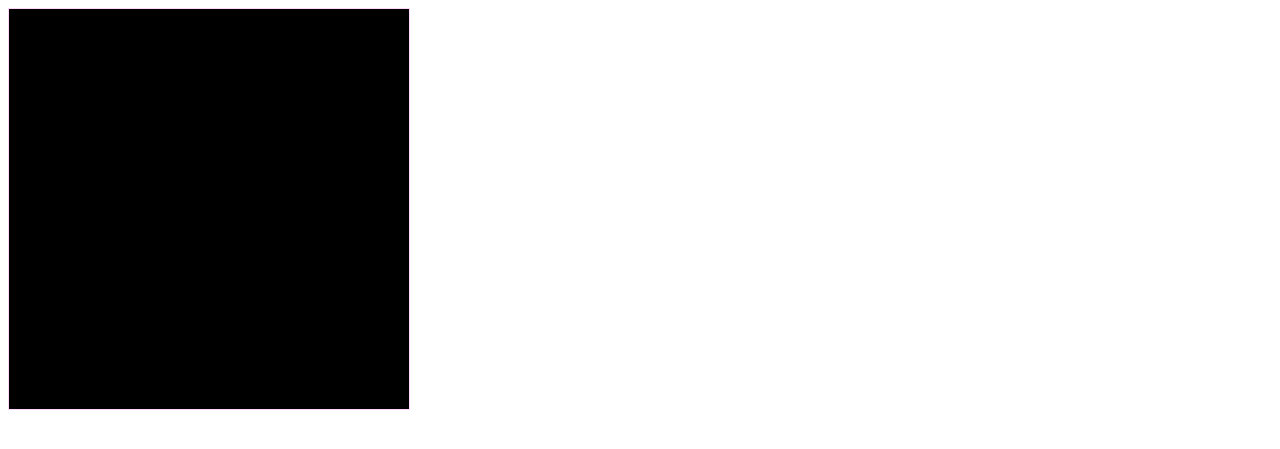
Repository: HyunraDate/ZhongpingShen
Page: Chocolate.html
These files come from the project's save history. The page is drawn as it stood at one moment and after the next save; the edit follows.
The browser window is 1280 px wide. The pictures show the whole page.

Above is the page before, as saved 2024-02-14 14:47:12.

### Chocolate.html
 <!DOCTYPE html>
 <html lang="en">
 <head>
    <meta charset="UTF-8">
    <meta name="viewport" content="width=device-width, initial-scale=1.0">
    <title>Valentines Day</title>
    <style>
      #webgl {
         border: 1px solid #ffd4fb;
      }
    </style>
 </head>

 <body>
    <canvas id="webgl" width="400" height="400">
      情人节快乐！
    </canvas>
    <script src="app.js"></script>
 </body>
 </html>

### app.js
let canvas = document.getElementById('webgl')
let gl = canvas.getContext('webgl')

gl.clearColor(0.0, 0.0, 0.0, 1.0) //RBG + Ahpha透明通道，0.0不完全透明
gl.clear(gl.COLOR_BUFFER_BIT) //大写：常量 like Math.PI //this is 清空颜色

After the next save:
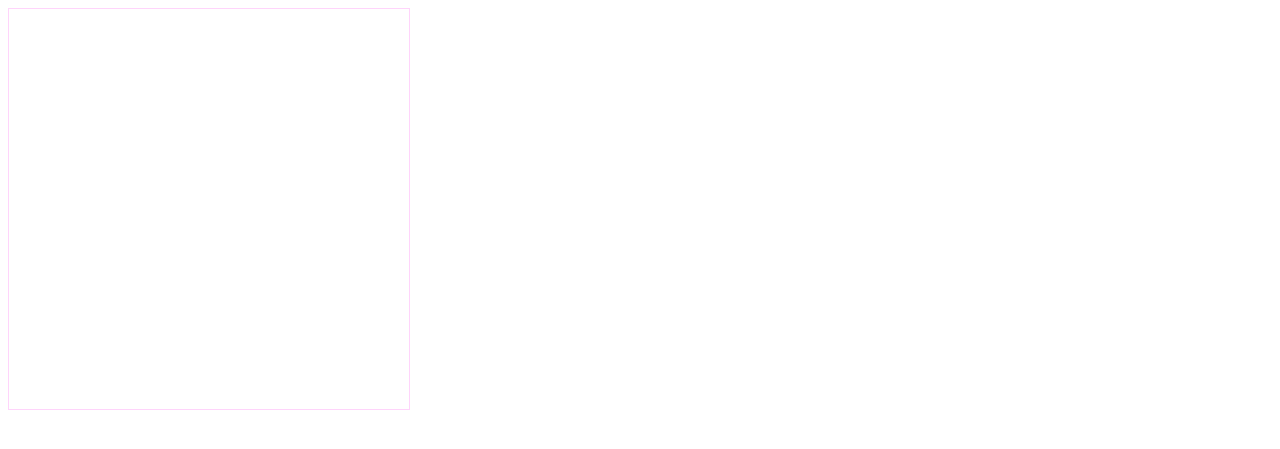
Console error: TypeError: gl.clearColor is not a function
Saved 4 min 5 s later.
--- a/app.js
+++ b/app.js
@@ -1,5 +1,11 @@
 let canvas = document.getElementById('webgl')
-let gl = canvas.getContext('webgl')
+let gl = canvas.getContext('2d') //webgl 是3d，2d直接写2d
 
-gl.clearColor(0.0, 0.0, 0.0, 1.0) //RBG + Ahpha透明通道，0.0不完全透明
+//webgl (3d)
+gl.clearColor(0.0, 0.0, 0.0, 1.0) //RBG + Ahpha透明通道，0.0完全透明
 gl.clear(gl.COLOR_BUFFER_BIT) //大写：常量 like Math.PI //this is 清空颜色
+
+//webgl (2d)
+//ctx.fillRect(0, 0, 400, 400)
+gl.fillStyle = '#ffd4fb'
+gl.fillRect(0, 0, 400, 400)

After the 2 saves that followed:
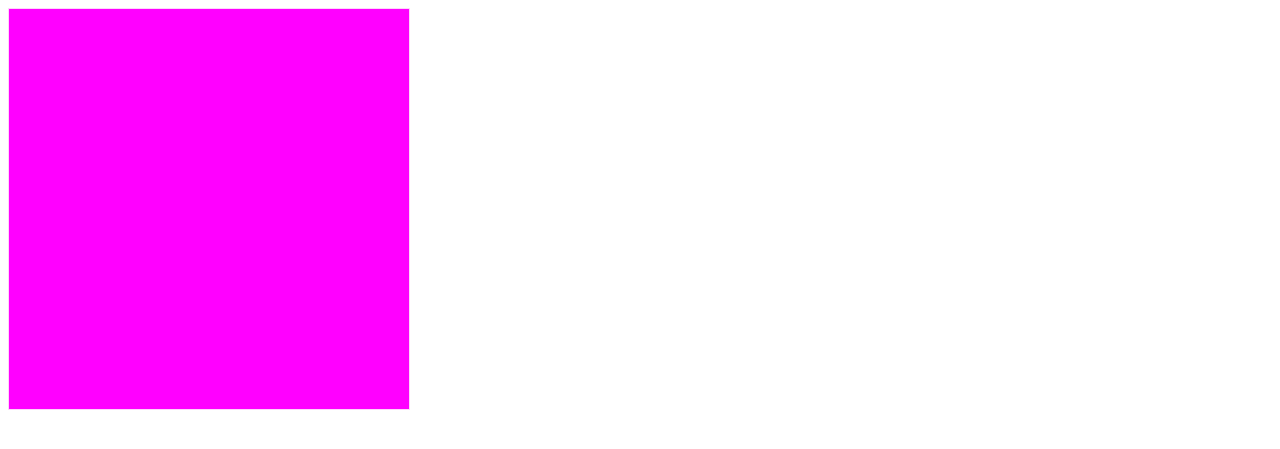
The error is gone.
The 2 saves are shown as one change because 1 left the picture as it was.
The last was saved 27 s later.
--- a/app.js
+++ b/app.js
@@ -2,10 +2,10 @@
 let gl = canvas.getContext('2d') //webgl 是3d，2d直接写2d
 
 //webgl (3d)
-gl.clearColor(0.0, 0.0, 0.0, 1.0) //RBG + Ahpha透明通道，0.0完全透明
-gl.clear(gl.COLOR_BUFFER_BIT) //大写：常量 like Math.PI //this is 清空颜色
+// gl.clearColor(0.0, 0.0, 0.0, 1.0) //RBG + Ahpha透明通道，0.0完全透明
+// gl.clear(gl.COLOR_BUFFER_BIT) //大写：常量 like Math.PI //this is 清空颜色
 
 //webgl (2d)
 //ctx.fillRect(0, 0, 400, 400)
-gl.fillStyle = '#ffd4fb'
+gl.fillStyle = 'fuchsia'
 gl.fillRect(0, 0, 400, 400)
